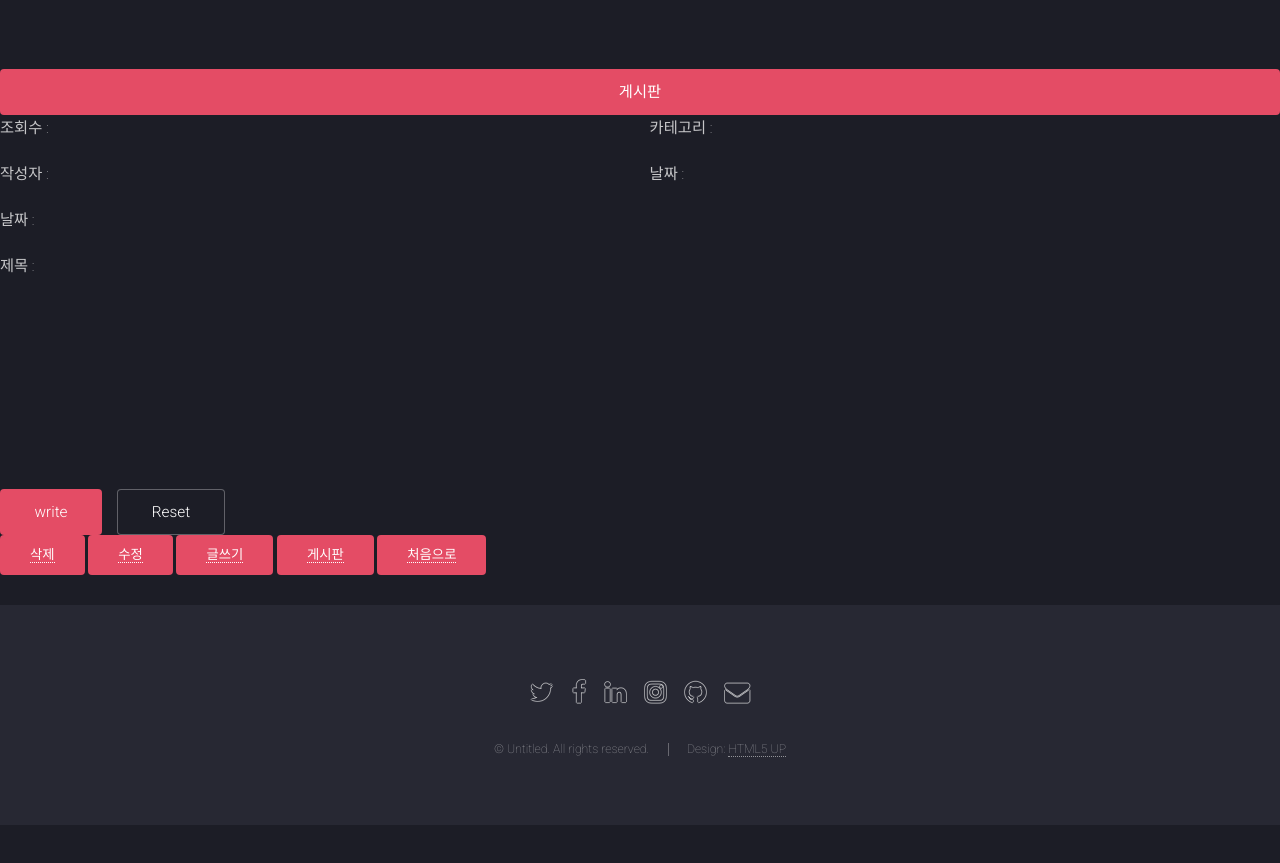
Repository: worMholEamkim/SpringEX
Page: http://localhost/bbs/bbsview.do
An editor plug-in stored every save of this project. The page is shown before and after the next save, followed by the edit.
The browser window is 1280 px wide. The pictures show the whole page.
The page is served by Tomcat 9. Other server files are loaded and not shown. Queries for data that is not in the repository find no rows.

Above is the page before, as saved 2019-03-18 01:20:07.

### JSP_WepPage_Server-master.zip_expanded/JSP_WepPage_Server-master/bbs/WebContent/WEB-INF/bbsview.jsp
<%-- <%@ page language="java" contentType="text/html; charset=UTF-8"
	pageEncoding="UTF-8"%>
<%@ taglib prefix="c" uri="http://java.sun.com/jsp/jstl/core"%>

<!DOCTYPE html>
<html lang="en">
<head>
<title>게시판 볼거야 야무지게</title>
<meta charset="utf-8">
		<meta charset="utf-8" />
		<meta name="viewport" content="width=device-width, initial-scale=1, user-scalable=no" />
		<link rel="stylesheet" href="assets/css/main.css" />
</head>
<body class="is-preload">
	<%
		String sessionID = null;
		if (session.getAttribute("sessionID") != null) {
			sessionID = (String) session.getAttribute("sessionID");
		}
	%>
	<div class="table-wrapper">

		<div class="w3-panel">
				<thead>
						<h3 class="button primary fit">게시판</h3>
						<td width=25%>조회수: ${bbsview.bbsHit}</td>
						<td width=25%>카테고리	: ${bbsview.bbsCategory}</td>
						<td width=25%>작성자: ${bbsview.id}</td>
						<td width=25%>날짜: ${bbsview.bbsDate}</td>
					</tr>
				</thead>
				<tbody>
					<tr>
						<td colspan="4">
							<button class="w3-button w3-block w3-button w3-black">제목
								: ${bbsview.bbsTitle}</button>
						</td>
					</tr>

					<tr>
						<td colspan="4">
							<div class="w3-panel">
								<p style="background-color: black; color: white; font-size: 20px; line-height:2; padding: 50px 50px;">
									${bbsview.bbsContent}</p>
							</div>
						</td>
					</tr>
					<tr>
					</tr>
					<tr>
						<td colspan="4">
							<div class="w3-panel">
								<c:forEach var="item" items="${files}" >
									<a href="bbsFile.do?id=${item.fileId}" target="_blank">${item.orgn_File_Nm}
									</a>
								</c:forEach>
							</div>
						</td>
					</tr>

					<tr>
						<td></td>
						<c:choose>
							<c:when test="${bbsview.id ==sessionID}">
								<td>
									<button class="w3-button w3-block w3-button w3-red">

										<a href="bbsdelete.do?id=${bbsview.bbsId}">삭제</a>

									</button>
								</td>
								<td>
									<button class="w3-button w3-block w3-button w3-black">

										<a href="bbsupdate.do?id=${bbsview.bbsId}">수정</a>

									</button>
								</td>
							</c:when>
							<c:otherwise>
								<td>
									<button class="w3-button w3-block w3-button w3-red">
										삭제x</button>
								</td>
								<td>
									<button class="w3-button w3-block w3-button w3-black">
										수정x</button>
								</td>
							</c:otherwise>
						</c:choose>
						<td>
							<button class="w3-button w3-block w3-button w3-indigo">
								<a href='bbsupload2.do'>글쓰기</a>
							</button>
						</td>
					</tr>
				</tbody>
				<tfoot>
					<tr>
						<td>
						</td>

						<td colspan="2">
							<button class="w3-button w3-block w3-button w3-indigo">
								<a href='bbs.do'>게시판</a>
							</button>
						</td>

						<td>
						</td>
					</tr>

					<tr>
						<td colspan="4">
							<button class="w3-button w3-block w3-button w3-black">
								<a href='home.do'>처음으로</a>
							</button>
						</td>
					</tr>
					<tr>
						<td colspan="2"></td>
						<td colspan="2" align="right">
<!-- 							<div style="display: inline-block; width: 100%;"> -->
<!-- 								<form> -->
<!-- 									<input type="text" name="commentContent" -->
<!-- 										style="width: 90%; padding: 12px 20px; margin: 8px 0; box-sizing: border-box; border: 2px solid glay; outline: none;"> -->

<!-- 									<button type="submit" -->
<!-- 										class="w3-button w3-block w3-button w3-red" -->
<!-- 										style="width: 40%;"> -->
										<a href='bbscomment.do?id=${bbsview.bbsId}'>댓글달기</a>
<!-- 									</button> -->
<!-- 								</form> -->
<!-- 							</div> -->
						</td>
					</tr>
				</tfoot>
			</table>
		</div>
	</div>
</body>
</html> --%>
<%@ page language="java" contentType="text/html; charset=UTF-8"
	pageEncoding="UTF-8"%>
<%@ taglib prefix="c" uri="http://java.sun.com/jsp/jstl/core"%>

<!DOCTYPE html>
<html lang="en">
<head>
<title>게시판 볼거야 야무지게</title>
<meta charset="utf-8">
		<meta charset="utf-8" />
		<meta name="viewport" content="width=device-width, initial-scale=1, user-scalable=no" />
		<link rel="stylesheet" href="assets/css/main.css" />
<style>
 	col-6 {
	    transition: border-color 0.2s ease-in-out;
    background: transparent;
    border-radius: 4px;
    border: solid 1px rgba(255, 255, 255, 0.3);
    color: inherit;
    display: block;
    outline: 0;
    padding: 0 1em;
    text-decoration: none;
    width: 100%;
	}

	a {
	color:white;
	}
</style>

</head>
<body class="is-preload">
	<%
		String sessionID = null;
		if (session.getAttribute("sessionID") != null) {
			sessionID = (String) session.getAttribute("sessionID");
		}
	%>
	<div class="wrapper style1">


							<section>

								<form>
								<botton class="button primary fit">게시판</botton>
									<div class="row gtr-uniform gtr-50">


										<div class="col-6">
											조회수 : ${bbsview.bbsHit}
										</div>
										<div class="col-6">
											카테고리 : ${bbsview.bbsCategory}
										</div>
										<div class="col-6">
											작성자 : ${bbsview.id}
										</div>
										<div class="col-6">
											날짜 : ${bbsview.bbsDate}
										</div>
										<div class="col-6">
											날짜 : ${bbsview.bbsDate}
										</div>
										<div class="col-12">
											제목 : ${bbsview.bbsTitle}
										</div>
										<blockquote>
										<div class="col-12">
											<p style=" font-size: 20px; line-height:2; padding: 50px 50px;">
										${bbsview.bbsContent}</p>
										</div>
								</blockquote>
										<div class="col-6">
											<c:forEach var="item" items="${files}" >
												<a href="bbsFile.do?id=${item.fileId}" target="_blank">${item.orgn_File_Nm}
												</a>
											</c:forEach>
										</div>
										<div class="col-12">
											<ul class="actions">
												<li><input type="submit" value="write" class="primary" /></li>
												<li><input type="reset" value="Reset" /></li>
											</ul>
										</div>
									</div>

									<div>
										<c:choose>
											<c:when test="${bbsview.id ==sessionID}">

											<button class="button primary">

												<a href="bbsdelete.do?id=${bbsview.bbsId}">삭제</a>

											</button>


									<button class="button primary">

										<a href="bbsupdate.do?id=${bbsview.bbsId}">수정</a>

									</button>

							</c:when>
							<c:otherwise>

									<button class="button primary">
										삭제x</button>


									<button class="button primary">
										수정x</button>

							</c:otherwise>
						</c:choose>

								</form>
	<td>
							<button class="button primary">
								<a href='bbsupload2.do'>글쓰기</a>
							</button>
						</td>
					</tr>
				</tbody>
				<tfoot>
					<tr>
						<td>
						</td>

						<td colspan="2">
							<button class="button primary">
								<a href='bbs.do'>게시판</a>
							</button>
						</td>

						<td>
						</td>
					</tr>

					<tr>

							<button class="button primary">
								<a href='home.do'>처음으로</a>
							</button>

					</tr>
							</section>
							<footer id="footer">
					<ul class="icons">
						<li><a href="#" class="icon alt fa-twitter"><span class="label">Twitter</span></a></li>
						<li><a href="#" class="icon alt fa-facebook"><span class="label">Facebook</span></a></li>
						<li><a href="#" class="icon alt fa-linkedin"><span class="label">LinkedIn</span></a></li>
						<li><a href="#" class="icon alt fa-instagram"><span class="label">Instagram</span></a></li>
						<li><a href="#" class="icon alt fa-github"><span class="label">GitHub</span></a></li>
						<li><a href="#" class="icon alt fa-envelope"><span class="label">Email</span></a></li>
					</ul>
					<ul class="copyright">
						<li>&copy; Untitled. All rights reserved.</li><li>Design: <a href="http://html5up.net">HTML5 UP</a></li>
					</ul>
				</footer>

		</div>

### JSP_WepPage_Server-master.zip_expanded/JSP_WepPage_Server-master/bbs/src/com/jsp/controller/BbsViewController.java
package com.jsp.controller;

import java.io.IOException;
import java.util.List;

import javax.servlet.RequestDispatcher;
import javax.servlet.ServletException;
import javax.servlet.http.HttpServlet;
import javax.servlet.http.HttpServletRequest;
import javax.servlet.http.HttpServletResponse;

import com.jsp.dao.BbsDao;
import com.jsp.dao.BbsFileDao;
import com.jsp.dto.BbsDto;
import com.jsp.dto.BbsFileDto;

public class BbsViewController extends HttpServlet {

	@Override
	protected void doGet(HttpServletRequest req, HttpServletResponse resp) throws ServletException, IOException {
		process(req, resp);
	}

	@Override
	protected void doPost(HttpServletRequest req, HttpServletResponse resp) throws ServletException, IOException {
		process(req, resp);
	}

	private void process(HttpServletRequest req, HttpServletResponse resp) throws ServletException, IOException {

		// bbsview에서 id에 넘긴 글번호 수가 넘어옴
		String bbsId = req.getParameter("id");
		BbsDao bbsDao = BbsDao.getInstance();
		BbsDto bbsDto = new BbsDto();
		int result = bbsDao.hitUpdate(bbsId);
		bbsDto = bbsDao.selectById(bbsId);
		// bbsId 확인
		//System.out.println("컨트롤러에서 id =" + bbsId);
		// bbsDto 확인
		//System.out.println("컨트롤러에서 " + bbsDto.toString());
		req.setAttribute("bbsview", bbsDto);


		BbsFileDao bbsfDao = BbsFileDao.getInstance();
		List<BbsFileDto> files = bbsfDao.selectByBbsId(bbsId);
		//
		System.out.println("컨트롤러에서 files " + files);
		req.setAttribute("files", files);
		RequestDispatcher rd = req.getRequestDispatcher("/WEB-INF/bbsview.jsp");
		rd.forward(req, resp);
	}
}

### JSP_WepPage_Server-master.zip_expanded/JSP_WepPage_Server-master/bbs/src/com/jsp/dao/BbsDao.java
package com.jsp.dao;

import java.sql.Connection;
import java.sql.DriverManager;
import java.sql.PreparedStatement;
import java.sql.ResultSet;
import java.sql.SQLException;
import java.util.ArrayList;
import java.util.List;

import com.jsp.dto.BbsDto;

public class BbsDao {

	private static BbsDao bbsDao;
	private Connection conn;
	private PreparedStatement pstmt;
	private int result;
	private ResultSet rs;
	private List<BbsDto> bbsList;


	private BbsDao() {
	}



	public static synchronized BbsDao getInstance() {
		if(bbsDao == null) {
			bbsDao = new BbsDao();
	}
		return bbsDao;
	}
	public Connection getConnect() {
		String url = "jdbc:oracle:thin:@localhost:1521:xe";
		String id = "BIG";
		String pw ="1234";
		try {
			Class.forName("core.log.jdbc.driver.OracleDriver");
			conn = DriverManager.getConnection(url, id, pw);

		} catch(ClassNotFoundException e) {
			e.printStackTrace();
		} catch(SQLException e) {
			e.printStackTrace();
		}
		return conn;
	}

	public BbsDto selectById(String id) {

		// id 확인
		//System.out.println("dao에서 id = " + id);
		BbsDto bbsDto = new BbsDto();
		//System.out.println("왜");
		conn = this.getConnect();
		//System.out.println("에러가난거야 쉬뱌ㅠㅠ");

		StringBuffer query = new StringBuffer();
		query.append("SELECT *");
		query.append(" FROM BBS");
		query.append(" WHERE BBSID=? ");

		try {
			//System.out.println("양심적으로 try문은 들어가야지?");
			pstmt = conn.prepareStatement(query.toString());
			pstmt.setString(1, id);

			//System.out.println("설마 여긴가?");
			rs = pstmt.executeQuery();
			// rs 확인
			//System.out.println("dao에서 " + rs);
			while (rs.next()) {

				bbsDto.setId(rs.getString("ID"));
				bbsDto.setBbsId(rs.getString("BBSID"));
				bbsDto.setBbsTitle(rs.getString("BBSTITLE"));
				bbsDto.setBbsDate(rs.getString("BBSDATE"));
				bbsDto.setBbsCategory(rs.getString("BBSCATEGORY"));
				bbsDto.setBbsContent(rs.getString("BBSCONTENT"));
				bbsDto.setBbsHit(rs.getString("BBSHIT"));
				//System.out.println(bbsDto.toString());
			}
		} catch (SQLException e) {

		} finally {
			this.close(conn, pstmt, null);
		}
		return bbsDto;
	}


	public BbsDto selectBeforeById(String id) {

		BbsDto bbsDto = new BbsDto();
		conn = this.getConnect();
		StringBuffer query = new StringBuffer();

		query.append("SELECT * FROM BBS WHERE BBSID IN ");
		query.append(" ((SELECT MAX(BBSID) FROM BBS ");
		query.append(" WHERE BBSID < ? ))");
		try {
			pstmt = conn.prepareStatement(query.toString());
			pstmt.setString(1, id);
			rs = pstmt.executeQuery();

			while(rs.next()) {
				bbsDto.setId(rs.getString("ID"));
				bbsDto.setBbsId(rs.getString("BBSID"));
				bbsDto.setBbsTitle(rs.getString("BBSTITLE"));
				bbsDto.setBbsDate(rs.getString("BBSDATE"));
				bbsDto.setBbsCategory(rs.getString("BBSCATEGORY"));
				bbsDto.setBbsContent(rs.getString("BBSCONTENT"));
				bbsDto.setBbsHit(rs.getString("BBSHIT"));
			}
		} catch (SQLException e) {

		} finally {
			this.close(conn, pstmt, null);
		}
		return bbsDto;
	}


	public BbsDto selectAfterById(String id) {

		BbsDto	bbsDto = new BbsDto();
		conn = this.getConnect();
		StringBuffer query = new StringBuffer();

		query.append("SELECT * FROM BBS WHERE BBSID IN ");
		query.append(" ((SELECT MIN(BBSID) FROM BBS ");
		query.append(" WHERE BBSID > ? )) ");
		try {
			pstmt = conn.prepareStatement(query.toString());
			pstmt.setString(1, id);
			rs = pstmt.executeQuery();

			while(rs.next()) {
				bbsDto.setId(rs.getString("ID"));
				bbsDto.setBbsId(rs.getString("BBSID"));
				bbsDto.setBbsTitle(rs.getString("BBSTITLE"));
				bbsDto.setBbsDate(rs.getString("BBSDATE"));
				bbsDto.setBbsCategory(rs.getString("BBSCATEGORY"));
				bbsDto.setBbsContent(rs.getString("BBSCONTENT"));
				bbsDto.setBbsHit(rs.getString("BBSHIT"));
			}
		} catch (SQLException e) {

		} finally {
			this.close(conn, pstmt, null);
		}
		return bbsDto;
	}


	public int hitUpdate(String id) {

		conn = this.getConnect();
		StringBuffer query = new StringBuffer();
		query.append("UPDATE BBS SET BBSHIT = BBSHIT +1 WHERE BBSID=?");
			try {
				pstmt = conn.prepareStatement(query.toString());
				pstmt.setString(1, id);
				result = pstmt.executeUpdate();
			} catch(SQLException e1) {
	}
			finally {
				this.close(conn, pstmt, null);
			}
			return result;
	}

	public int hitUpdate(Connection conn, String id) {

			conn = this.getConnect();
			StringBuffer query = new StringBuffer();
			query.append("UPDATE BBS SET BBSHIT = BBSHIT +1 WHERE BBSID=?");
				try {
					pstmt = conn.prepareStatement(query.toString());
					pstmt.setString(1, id);
					result = pstmt.executeUpdate();
				} catch(SQLException e1) {
		}
				finally {
					this.close(conn, pstmt, null);
				}
				return result;
		}



	public int update(BbsDto bbsDto) {

		conn = this.getConnect();
		StringBuffer query = new StringBuffer();
		query.append("UPDATE BBS SET ");
		query.append(" BBTITLE=?, BBSCATEGORY=?, BBSCONTENT=?");
		query.append(" WHERE BBSID=?");
			try {
				pstmt = conn.prepareStatement(query.toString());
				pstmt.setString(1, bbsDto.getBbsTitle());
				pstmt.setString(2, bbsDto.getBbsCategory());
				pstmt.setString(3, bbsDto.getBbsContent());
				pstmt.setString(4, bbsDto.getBbsId());

				result = pstmt.executeUpdate();
			} catch (SQLException e1) {

			} finally {
				this.close(conn, pstmt, null);
			}
			return result;
	}


	public int insert(BbsDto bbsDto) {

		conn = this.getConnect();
		StringBuffer query = new StringBuffer();
		query.append("INSERT INTO BBS(BBSID, ID, BBSTITLE, BBSDATE, BBSCATEGORY, BBSCONTENT, BBSHIT)");
		query.append(" VALUES (bbs_seq.nextval ,? ,? ,sysdate,? ,? ,0 )");

		try {
			pstmt = conn.prepareStatement(query.toString());
			pstmt.setString(1, bbsDto.getId());
			pstmt.setString(2, bbsDto.getBbsTitle());
			pstmt.setString(3, bbsDto.getBbsCategory());
			pstmt.setString(4, bbsDto.getBbsContent());

			result = pstmt.executeUpdate();

		} catch (SQLException e) {
			e.printStackTrace();
		} finally {
			this.close(conn, pstmt, null);
		}
		return result;
	}


	public int insertOracle(BbsDto bbsDto) {

		conn = this.getConnect();
		StringBuffer query = new StringBuffer();
		query.append("INSERT INTO BBS(BBSID, ID, BBSTITLE, BBSDATE, BBSCATEGORY, BBSCONTENT, BBSHIT)");
		query.append(" VALUES(BBS_SEQ.BEXTVAL, ? ,? ,NOW(), ?, ?, 0 )");

		try {
			pstmt = conn.prepareStatement(query.toString());
			pstmt.setString(1,  bbsDto.getId());
			pstmt.setString(2,  bbsDto.getBbsTitle());
			pstmt.setString(3,  bbsDto.getBbsCategory());
			pstmt.setString(4,  bbsDto.getBbsContent());

			result = pstmt.executeUpdate();
		} catch (SQLException e) {
			e.printStackTrace();
		} finally {
			this.close(conn, pstmt, null);
		}
		return result;
	}


	public List<BbsDto> selectAll(int startNum, int perpage) {
		bbsList = new ArrayList<>();
		conn = this.getConnect();
		StringBuffer query = new StringBuffer();
		query.append("SELECT T2.*");
		query.append("	FROM (SELECT ROWNUM R2, T.*");
		query.append("	FROM (SELECT BBSID, ID, substr(BBSTITLE, 1, 10) BBSTITLE, BBSDATE,");
		query.append("BBSCATEGORY, substr(BBSCONTENT, 1, 15) BBSCONTENT, BBSHIT ");
		query.append(" FROM BBS ORDER BY BBSID DESC ) T) T2 ");
		query.append("WHERE T2.R2 BETWEEN ? AND ?");

		try {
			pstmt = conn.prepareStatement(query.toString());
			pstmt.setInt(1, startNum - 1);
			pstmt.setInt(2, perpage);


			rs = pstmt.executeQuery();
			while (rs.next()) {
				BbsDto bbsDto = new BbsDto();

				bbsDto.setId(rs.getString("ID"));
				bbsDto.setBbsId(rs.getString("BBSID"));
				bbsDto.setBbsTitle(rs.getString("BBSTITLE"));
				bbsDto.setBbsDate(rs.getString("BBSDATE"));
				bbsDto.setBbsCategory(rs.getString("BBSCATEGORY"));
				bbsDto.setBbsContent(rs.getString("BBSCONTENT"));
				bbsDto.setBbsHit(rs.getString("BBSHIT"));

				bbsList.add(bbsDto);
			}
			} catch(SQLException e) {
				e.printStackTrace();
		}	return bbsList;
}


	public int delete(int id) {

		conn = this.getConnect();
		StringBuffer query = new StringBuffer();

		try {

			query.append("DELETE FROM BBS");
			query.append(" WHERE BBSID = ?");
			pstmt = conn.prepareStatement(query.toString());
			pstmt.setInt(1,  id);
			int result = pstmt.executeUpdate();

			return result;
		} catch (SQLException e) {
			e.printStackTrace();
		} finally {
			this.close(conn, pstmt, null);
		}
		return -1;
	}



	public int getTotalCount() {

		conn = this.getConnect();
		StringBuffer query = new StringBuffer();
		query.append("SELECT count(*)");
		query.append(" FROM BBS");

		try {
			pstmt = conn.prepareStatement(query.toString());
			rs = pstmt.executeQuery();

			if(rs.next()) {
				return rs.getInt("count(*)");
			}
		} catch (SQLException e) {
			e.printStackTrace();
		} finally {
			this.close(conn, pstmt, rs);
		}
		return -1;
	}


	public void close(Connection conn, PreparedStatement stmt, ResultSet rs) {
		if (rs != null) {
			try {
				rs.close();
			} catch (SQLException e) {
			}
		}
		if (stmt != null) {
			try {
				stmt.close();
			} catch (SQLException e) {
			}
		}
		if (conn != null) {
			try {
				conn.close();
			} catch (SQLException e) {
			}
		}
	}

	public static void main(String[] args) {
		BbsDao mDao = BbsDao.getInstance();
	}


}

### JSP_WepPage_Server-master.zip_expanded/JSP_WepPage_Server-master/bbs/src/com/jsp/dto/BbsDto.java
package com.jsp.dto;

public class BbsDto {

	private String id;
	private String bbsId;
	private String bbsTitle;
	private String bbsDate;
	private String bbsCategory;
	private String bbsContent;
	private String bbsHit;

	public String getId() {
		return id;
	}
	public void setId(String id) {
		this.id = id;
	}
	public String getBbsId() {
		return bbsId;
	}
	public void setBbsId(String bbsId) {
		this.bbsId = bbsId;
	}
	public String getBbsTitle() {
		return bbsTitle;
	}
	public void setBbsTitle(String bbsTitle) {
		this.bbsTitle = bbsTitle;
	}
	public String getBbsDate() {
		return bbsDate;
	}
	public void setBbsDate(String bbsDate) {
		this.bbsDate = bbsDate;
	}
	public String getBbsCategory() {
		return bbsCategory;
	}
	public void setBbsCategory(String bbsCategory) {
		this.bbsCategory = bbsCategory;
	}
	public String getBbsContent() {
		return bbsContent;
	}
	public void setBbsContent(String bbsContent) {
		this.bbsContent = bbsContent;
	}
	public String getBbsHit() {
		return bbsHit;
	}
	public void setBbsHit(String bbsHit) {
		this.bbsHit = bbsHit;
	}
	@Override
	public String toString() {
		return "BbsDto [id=" + id + ", bbsId=" + bbsId + ", bbsTitle=" + bbsTitle + ", bbsDate=" + bbsDate
				+ ", bbsCategory=" + bbsCategory + ", bbsContent=" + bbsContent + ", bbsHit=" + bbsHit + "]";
	}

}

### JSP_WepPage_Server-master.zip_expanded/JSP_WepPage_Server-master/bbs/src/com/jsp/dao/BbsFileDao.java
package com.jsp.dao;

import java.sql.Connection;
import java.sql.DriverManager;
import java.sql.PreparedStatement;
import java.sql.ResultSet;
import java.sql.SQLException;
import java.util.ArrayList;
import java.util.List;
import java.util.Map;

import com.jsp.dto.BbsFileDto;

public class BbsFileDao {

	private static BbsFileDao bbsfDao;
	private Connection conn;
	private PreparedStatement pstmt;
	private int result;
	private ResultSet rs;
	//Map<String, Object> map;
	private List<BbsFileDto> bbsfList;
	private ArrayList fileIdList;


	private BbsFileDao() {

	}

	public static synchronized BbsFileDao getInstance() {
		if(bbsfDao == null) {
			bbsfDao = new BbsFileDao();
		}
		return bbsfDao;
	}

	public Connection getConnect() {
		String url = "jdbc:oracle:thin:@localhost:1521:xe";
		String id = "BIG";
		String pw = "1234";
		try {
			Class.forName("core.log.jdbc.driver.OracleDriver");
			conn = DriverManager.getConnection(url, id, pw);
		} catch(ClassNotFoundException e) {
			e.printStackTrace();
		} catch(SQLException e) {
			e.printStackTrace();
		}
		return conn;
	}



	public List<BbsFileDto> selectByBbsId(String bbsid) {
		System.out.println("야 갓재?");
		conn = this.getConnect();

		StringBuffer query = new StringBuffer();
		query.append("SELECT *");
		query.append(" FROM BBS_FILE");
		query.append(" WHERE BBSID=?");
		System.out.println("쿼리확인");
		try {
			pstmt = conn.prepareStatement(query.toString());
			pstmt.setString(1, bbsid);
			rs = pstmt.executeQuery();
			bbsfList = new ArrayList<>();

			while (rs.next()) {
				BbsFileDto bbsfDto = new BbsFileDto();
				bbsfDto.setFileId(rs.getString("FILEID"));
				bbsfDto.setOrgn_File_Nm(rs.getString("ORGN_FILE_NM"));
				// bbsfDto 확인
				System.out.println("filedao에서 bbsfdto" + bbsfDto);
				bbsfList.add(bbsfDto);

			}

		} catch (SQLException e) {

		} finally {
			this.close(conn, pstmt, null);
		}
		return bbsfList;
	}

	public String selectById(String fileId) {

		String bbsFile="";
		conn = this.getConnect();
		StringBuffer query = new StringBuffer();
		query.append("SELECT SAVE_FILE_NM");
		query.append("	FROM BBS_FILE");
		query.append("	WHERE FILEID=?");
		try {
			pstmt = conn.prepareStatement(query.toString());
			pstmt.setString(1,  fileId);
			rs = pstmt.executeQuery();

			if(rs.next()) {
				bbsFile = rs.getString("SAVE_FILE_NM");
			}
		} catch (SQLException e) {

		} finally {
			this.close(conn, pstmt, null);
		}
		return bbsFile;
	}

	public int delete(int id) {

			conn = this.getConnect();
			StringBuffer query = new StringBuffer();

			try {

				query.append("DELETE FROM BBS_FILE");
				query.append("	WHERE BBSID = ?");
				pstmt = conn.prepareStatement(query.toString());
				pstmt.setInt(1, id);
				int result = pstmt.executeUpdate();
				return result;
			} catch (SQLException e) {
				e.printStackTrace();
			} finally {
				this.close(conn, pstmt, null);
			}
			return -1;
		}

	public void close(Connection conn, PreparedStatement stmt, ResultSet rs) {
		if (rs != null) {
			try {
				rs.close();
			} catch (SQLException e) {
			}
		}
		if (stmt != null) {
			try {
				stmt.close();
			} catch (SQLException e) {
			}
		}
		if (conn != null) {
			try {
				conn.close();
			} catch (SQLException e) {
			}
		}
	}



}

Loaded but not shown: JSP_WepPage_Server-master.zip_expanded/JSP_WepPage_Server-master/bbs/WebContent/assets/css/font-awesome.min.css (library); JSP_WepPage_Server-master.zip_expanded/JSP_WepPage_Server-master/bbs/WebContent/assets/css/main.css (4070 lines, source omitted)

After the next save:
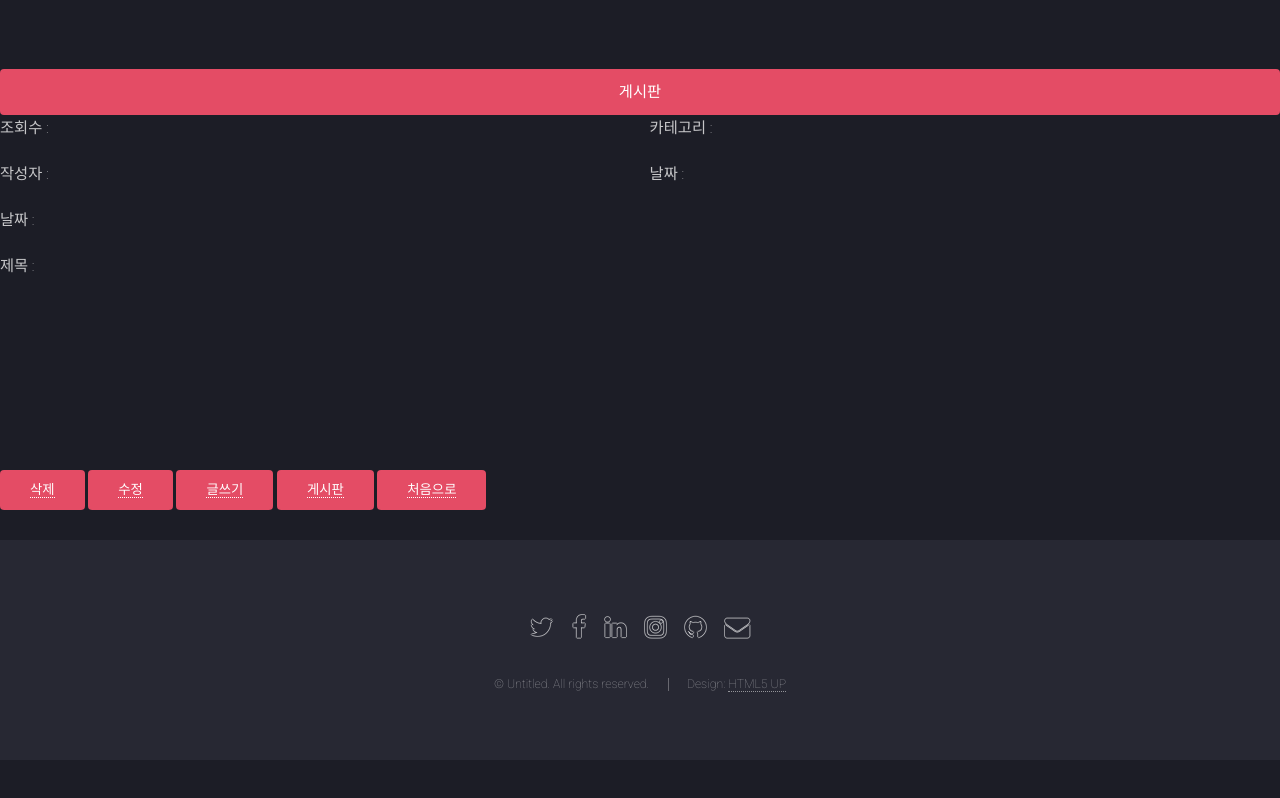
Saved 65 s later.
--- a/JSP_WepPage_Server-master.zip_expanded/JSP_WepPage_Server-master/bbs/WebContent/WEB-INF/bbsview.jsp
+++ b/JSP_WepPage_Server-master.zip_expanded/JSP_WepPage_Server-master/bbs/WebContent/WEB-INF/bbsview.jsp
@@ -219,12 +219,7 @@
 												</a>
 											</c:forEach>
 										</div>
-										<div class="col-12">
-											<ul class="actions">
-												<li><input type="submit" value="write" class="primary" /></li>
-												<li><input type="reset" value="Reset" /></li>
-											</ul>
-										</div>
+
 									</div>
 
 									<div>
